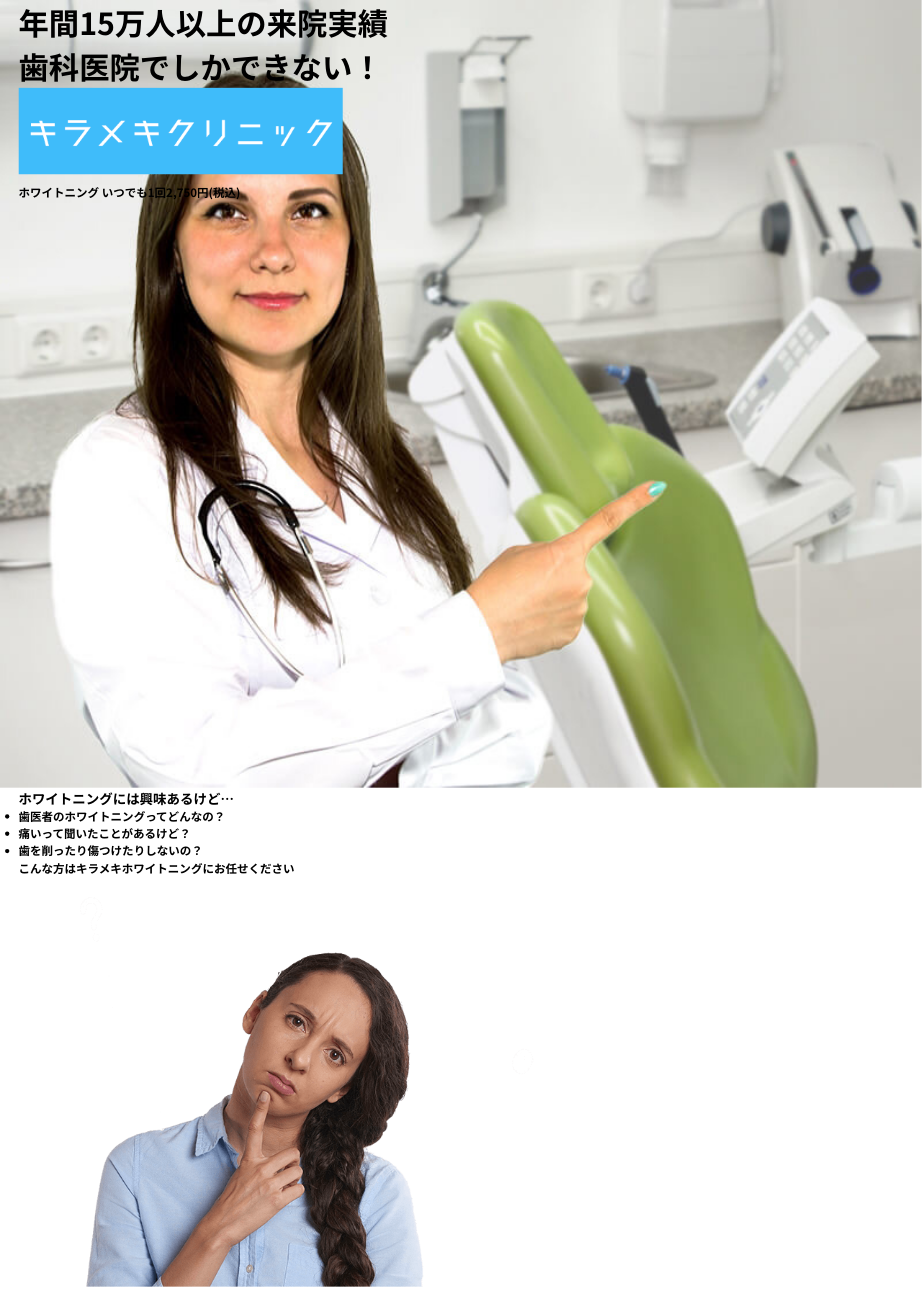
Repository: ryu-nuno/tech_academy_subwork
Page: first/index.html
The author's editor kept a record of every edit. The page is drawn from the files as they stood at one moment, then again after the next edit.
The browser window is 1280 px wide. The pictures show the whole page, at 72% of full size.
Some web libraries are served in a nearby version.

Above is the page before.

After the next edit:
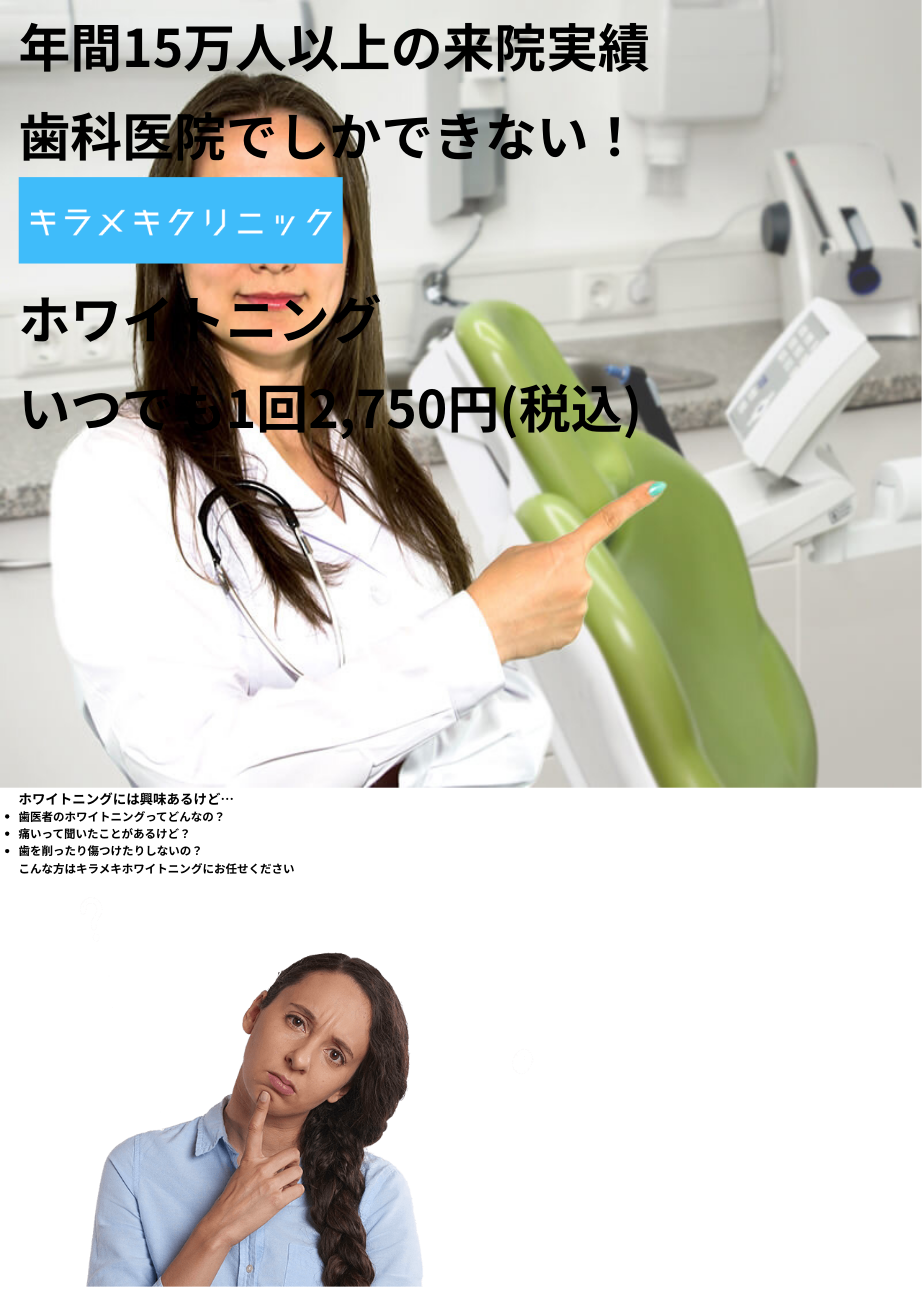
The edit:
--- a/first/css/style.css
+++ b/first/css/style.css
@@ -41,6 +41,9 @@
 
 .wrapper span{
   display: inline-block;
+  font-size: 4.5rem;
+  line-height: calc(4.5rem + 1.6rem * 2);
+  font-weight: 900;
 }
 
 .wrapper h1{
